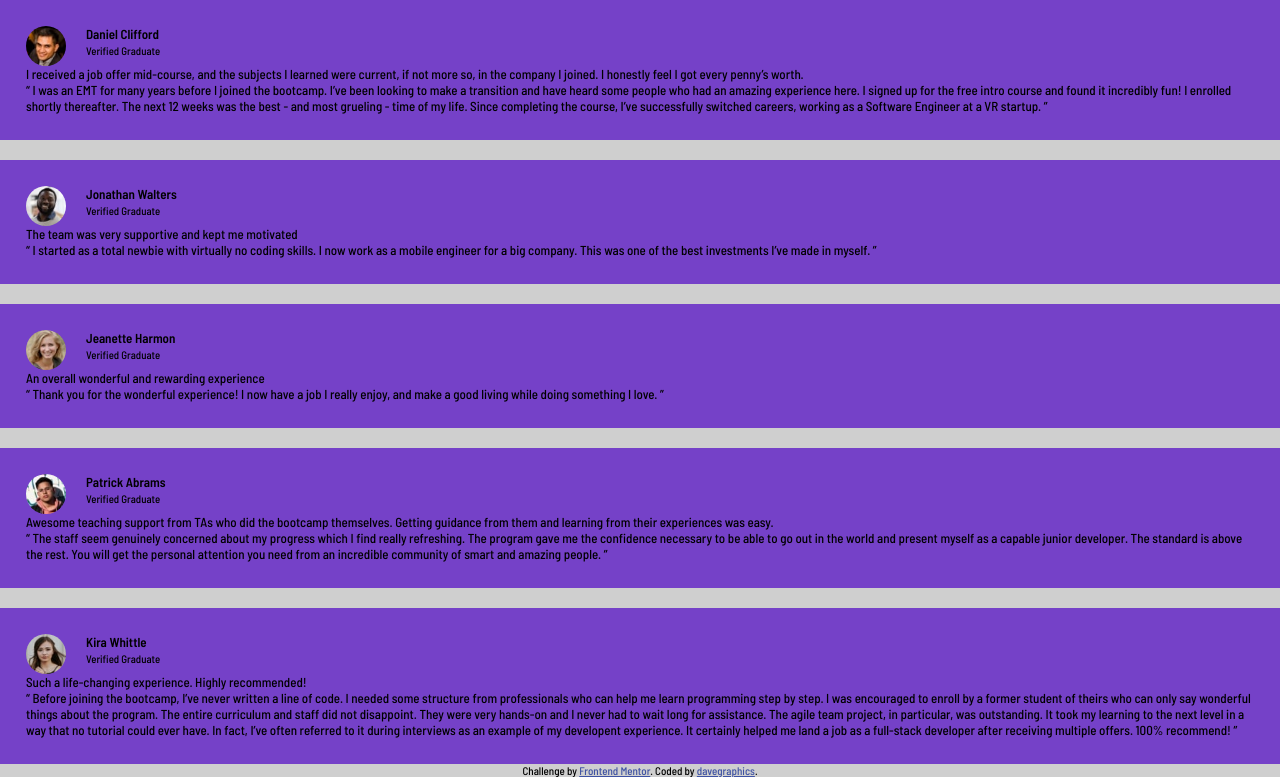
Repository: DejV44/testimonials_grid_section_main
Page: index.html
The author's editor kept a copy of each file at every save. The page is drawn from the files as they stood at one save, then again after the next save.
The browser window is 1280 px wide. The pictures show the whole page.
The style sheet was rebuilt from its Sass, Less or Tailwind sources for each picture, by a compiler version that may differ from the author's.

Above is the page before, as saved 2021-07-14 20:02:29.

After the next save:
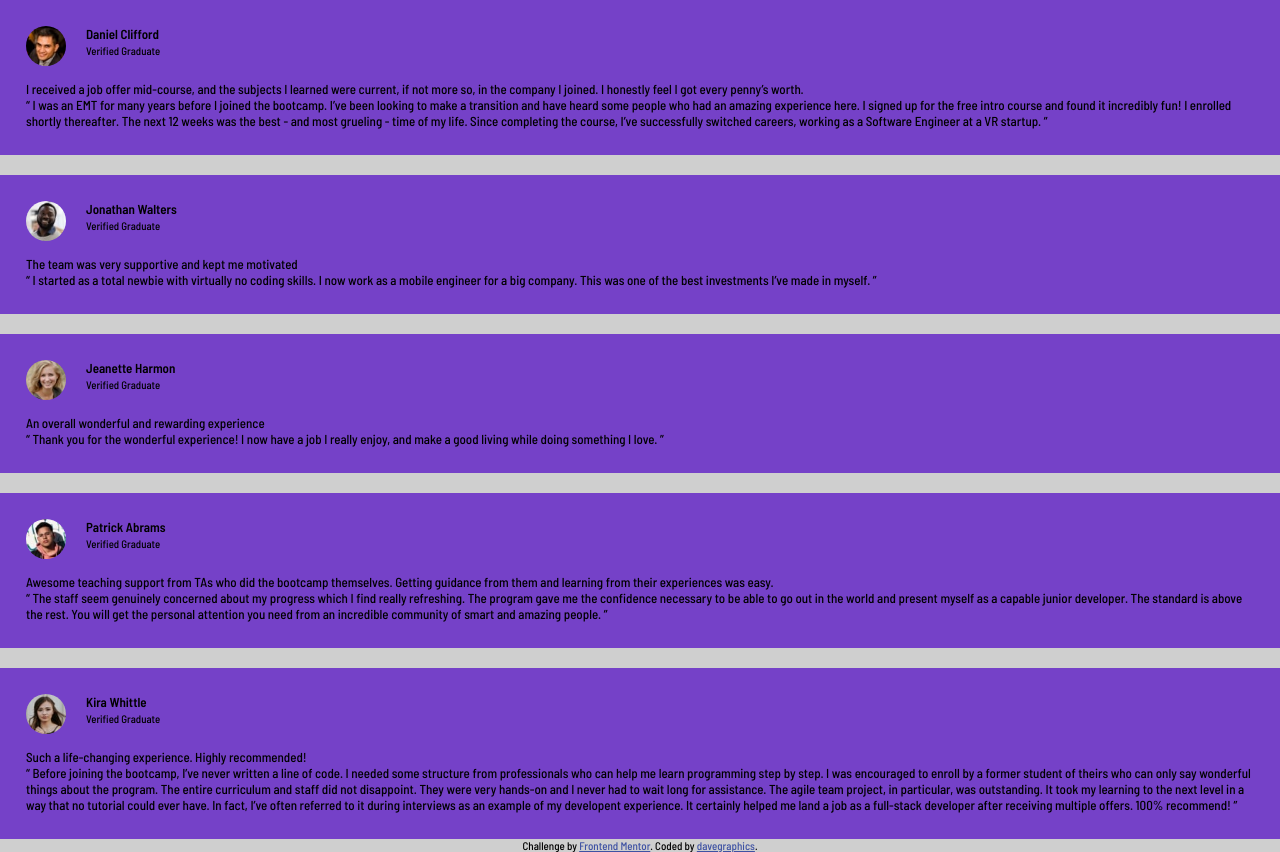
Saved 7 s later.
--- a/css/style.scss
+++ b/css/style.scss
@@ -32,7 +32,7 @@ body {
 
             .image {
                 display: flex;
-                margin-bottom: 2fr;
+                margin-bottom: 15px;
 
                 img {
                     border-radius: 50%;
